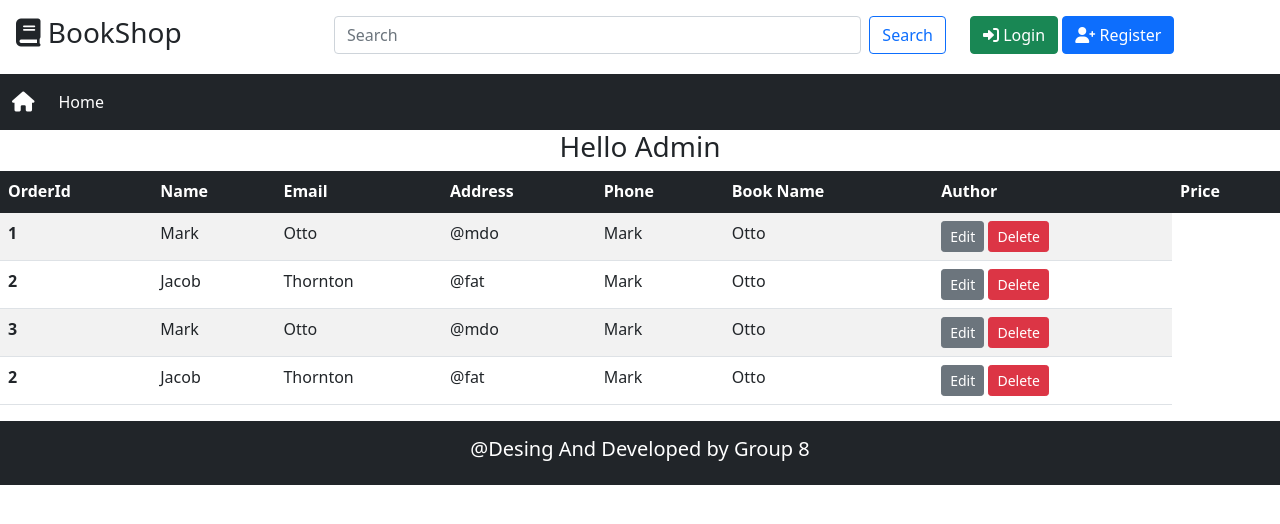
Repository: Abhishekverma23797/BookShopApp
Page: http://localhost/Ebook-App/Admin/orders.jsp
These files come from the project's save history. The page is drawn as it stood at one moment and after the next save; the edit follows.
The browser window is 1280 px wide. The pictures show the whole page.
The page is served by Tomcat 9. Other server files are loaded and not shown.

Above is the page before, as saved 2021-12-09 10:39:11.

### Ebook-App/src/main/webapp/Admin/orders.jsp
<%@ page language="java" contentType="text/html; charset=ISO-8859-1"
	pageEncoding="ISO-8859-1"%>
<!DOCTYPE html>
<html>
<head>
<meta charset="ISO-8859-1">
<title>Order Book</title>
<%@include file="AllCss.jsp"%>

</head>
<%@include file="navbar.jsp"%>
<h3 class="text-center">Hello Admin</h3>

<table class="table table-striped table-hover">
	<thead class="table-dark">
		<tr>
			<th scope="col">OrderId</th>
			<th scope="col">Name</th>
			<th scope="col">Email</th>
			<th scope="col">Address</th>
			<th scope="col">Phone</th>
			<th scope="col">Book Name</th>
			<th scope="col">Author</th>
			<th scope="col">Price</th>
		</tr>
	</thead>
	<tbody>
		<tr>
			<th scope="row">1</th>
			<td>Mark</td>
			<td>Otto</td>
			<td>@mdo</td>
			<td>Mark</td>
			<td>Otto</td>
			<td><a href="#" class="btn btn-sm btn-secondary">Edit</a> <a
				href="#" class="btn btn-sm btn-danger">Delete</a></td>
		</tr>
		<tr>
			<th scope="row">2</th>
			<td>Jacob</td>
			<td>Thornton</td>
			<td>@fat</td>
			<td>Mark</td>
			<td>Otto</td>
			<td><a href="#" class="btn btn-sm btn-secondary">Edit</a> <a
				href="#" class="btn btn-sm btn-danger">Delete</a></td>
		</tr>
		<tr>
			<th scope="row">3</th>
			<td>Mark</td>
			<td>Otto</td>
			<td>@mdo</td>
			<td>Mark</td>
			<td>Otto</td>
			<td><a href="#" class="btn btn-sm btn-secondary">Edit</a> <a
				href="#" class="btn btn-sm btn-danger">Delete</a></td>
		</tr>
		<tr>
			<th scope="row">2</th>
			<td>Jacob</td>
			<td>Thornton</td>
			<td>@fat</td>
			<td>Mark</td>
			<td>Otto</td>
			<td><a href="#" class="btn btn-sm btn-secondary">Edit</a> <a
				href="#" class="btn btn-sm btn-danger">Delete</a></td>
		</tr>
	</tbody>
</table>
<%@include file="footer.jsp"%>
</body>
</html>

### Ebook-App/src/main/webapp/Admin/AllCss.jsp
<!-- CSS only -->
<link
	href="https://cdn.jsdelivr.net/npm/bootstrap@5.1.3/dist/css/bootstrap.min.css"
	rel="stylesheet"
	integrity="sha384-1BmE4kWBq78iYhFldvKuhfTAU6auU8tT94WrHftjDbrCEXSU1oBoqyl2QvZ6jIW3"
	crossorigin="anonymous">


<!-- JavaScript Bundle with Popper -->
<script
	src="https://cdn.jsdelivr.net/npm/bootstrap@5.1.3/dist/js/bootstrap.bundle.min.js"
	integrity="sha384-ka7Sk0Gln4gmtz2MlQnikT1wXgYsOg+OMhuP+IlRH9sENBO0LRn5q+8nbTov4+1p"
	crossorigin="anonymous"></script>


<link rel="stylesheet"
	href="https://cdnjs.cloudflare.com/ajax/libs/font-awesome/6.0.0-beta3/css/all.min.css"
	integrity="sha512-Fo3rlrZj/k7ujTnHg4CGR2D7kSs0v4LLanw2qksYuRlEzO+tcaEPQogQ0KaoGN26/zrn20ImR1DfuLWnOo7aBA=="
	crossorigin="anonymous" referrerpolicy="no-referrer" />

<link rel="stylesheet" href="style.css">

### Ebook-App/src/main/webapp/Admin/navbar.jsp

<div class="container-fluid p-3">


	<div class="row">

		<div class="col-md-3">

			<h3>

				<i class="fas fa-book"></i> BookShop
			</h3>
		</div>

		<div class="col-md-6">
			<form class="d-flex">
				<input class="form-control me-2 my-lg-0" type="search"
					placeholder="Search" aria-label="Search">
				<button class="btn btn-outline-primary" type="submit">Search</button>
			</form>
		</div>

		<div class="col-md-3">

			<a href="Login.jsp" class="btn btn-success "><i
				class="fas fa-sign-in-alt"></i> Login</a> <a href="Register.jsp"
				class="btn btn-primary"><i class="fas fa-user-plus"></i>
				Register</a>

		</div>

	</div>

</div>
<nav class="navbar navbar-expand-lg navbar-dark bg-dark bg-custom">
	<div class="container-fluid">
		<a class="navbar-brand" href="#"><i class="fas fa-home"></i></a>
		<button class="navbar-toggler" type="button" data-bs-toggle="collapse"
			data-bs-target="#navbarSupportedContent"
			aria-controls="navbarSupportedContent" aria-expanded="false"
			aria-label="Toggle navigation">
			<span class="navbar-toggler-icon"></span>
		</button>
		<div class="collapse navbar-collapse" id="navbarSupportedContent">
			<ul class="navbar-nav me-auto mb-2 mb-lg-0">
				<li class="nav-item"><a class="nav-link active"
					aria-current="page" href="home.jsp"> Home</a></li>

				</form>
		</div>
	</div>
</nav>

### Ebook-App/src/main/webapp/Admin/footer.jsp
<div class="conatiner-fluid text-center text-white p-3 mt-2 bg-dark " >

<h5>@Desing And Developed by Group 8</h5>

</div>

### Ebook-App/src/main/webapp/Admin/style.css

.bg-custom{

	background-color: #303f9f;
}

.navbar .nav-item:hover  {

	background-color: black;
	color: blue;
	border-radius: 20px

}

After the next save:
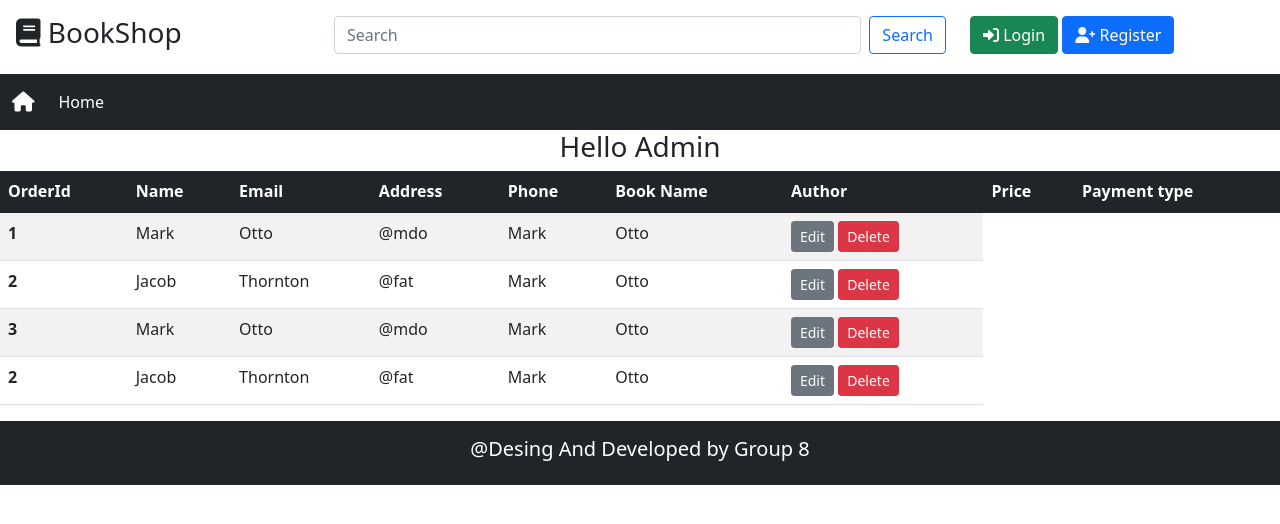
Saved 26 s later.
--- a/Ebook-App/src/main/webapp/Admin/orders.jsp
+++ b/Ebook-App/src/main/webapp/Admin/orders.jsp
@@ -22,6 +22,7 @@
 			<th scope="col">Book Name</th>
 			<th scope="col">Author</th>
 			<th scope="col">Price</th>
+			<th scope="col">Payment type</th>
 		</tr>
 	</thead>
 	<tbody>
